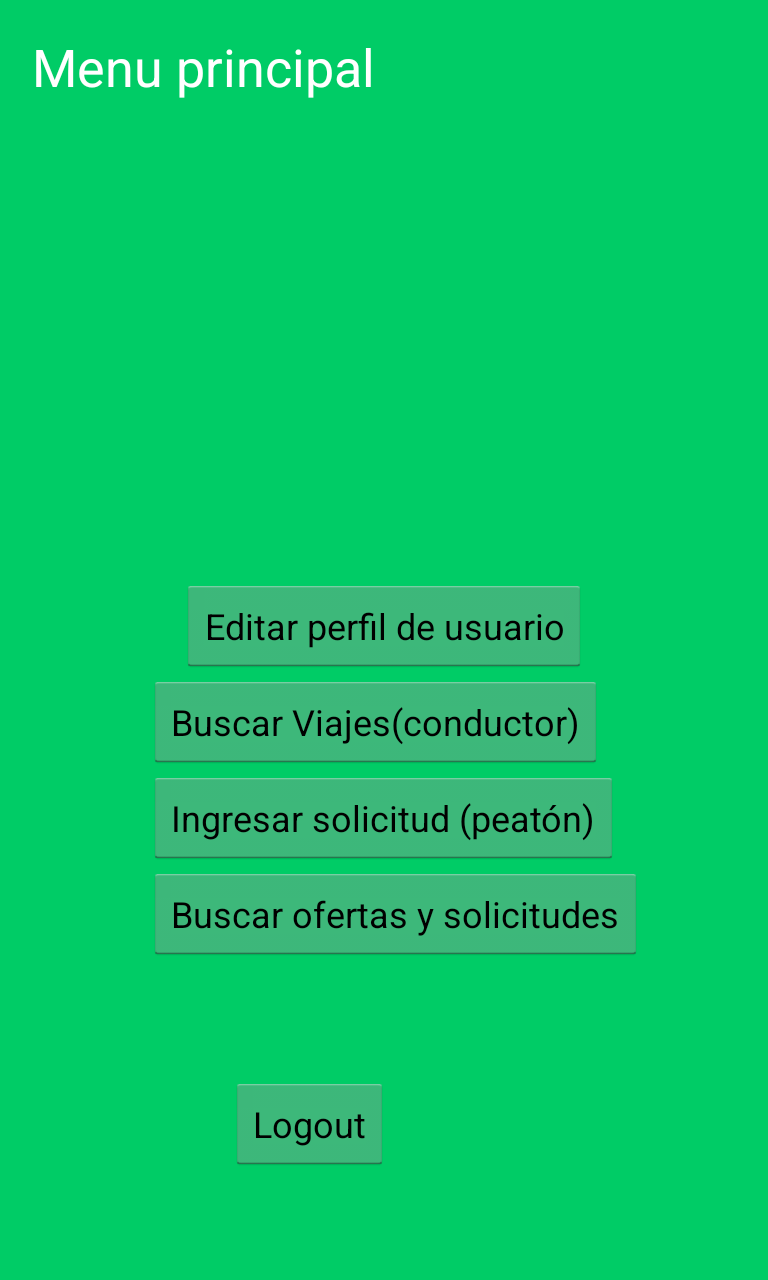
Repository: fmora/ProyectoMultimedios
Layout: MainActivity/MainActivity/res/layout/menu_principal.xml
These files come from the project's save history. The layout is drawn as it stood at one moment and after the next save; the edit follows.
It is drawn on a 768 x 1280 px phone screen (xhdpi) without system bars, with theme AppTheme; the app's code is not run.

Above is the layout before, as saved 2013-12-20 21:13:08.

### MainActivity/MainActivity/res/layout/menu_principal.xml
<?xml version="1.0" encoding="utf-8"?>
<RelativeLayout xmlns:android="http://schemas.android.com/apk/res/android"
    xmlns:tools="http://schemas.android.com/tools"
    android:layout_width="match_parent"
    android:layout_height="match_parent"
    android:background="#ff00cc66"
    android:paddingBottom="@dimen/activity_vertical_margin"
    android:paddingLeft="@dimen/activity_horizontal_margin"
    android:paddingRight="@dimen/activity_horizontal_margin"
    android:paddingTop="@dimen/activity_vertical_margin"
    tools:context=".MenuPrincipal" >

    <requestFocus />

		<TextView
			android:id="@+id/widget64"
			android:layout_width="179dp"
			android:layout_height="42dp"
			android:text="Menu principal"
			android:textColor="#ffffffff"
			android:textSize="26sp"
			 />

		<Button
		    android:id="@+id/widget69"
		    android:layout_width="wrap_content"
		    android:layout_height="wrap_content"
		    android:layout_alignParentBottom="true"
		    android:layout_alignRight="@+id/widget64"
		    android:layout_marginBottom="38dp"
		    android:text="Logout" />

		<Button
		    android:id="@+id/widget66"
		    android:layout_width="wrap_content"
		    android:layout_height="wrap_content"
		    android:layout_above="@+id/button2"
		    android:layout_centerHorizontal="true"
		    android:text="Ingresar solicitud (peatón)" />

		<Button
		    android:id="@+id/button2"
		    android:layout_width="wrap_content"
		    android:layout_height="wrap_content"
		    android:layout_above="@+id/widget69"
		    android:layout_alignLeft="@+id/widget66"
		    android:layout_marginBottom="57dp"
		    android:text="Buscar ofertas y solicitudes" />

		<Button
		    android:id="@+id/button1"
		    android:layout_width="wrap_content"
		    android:layout_height="wrap_content"
		    android:layout_above="@+id/widget66"
		    android:layout_alignLeft="@+id/widget66"
		    android:text="Buscar Viajes(conductor)" />

		<Button
		    android:id="@+id/widget68"
		    android:layout_width="wrap_content"
		    android:layout_height="wrap_content"
		    android:layout_above="@+id/button1"
		    android:layout_centerHorizontal="true"
		    android:text="Editar perfil de usuario" />

</RelativeLayout>

Loaded but not shown: MainActivity/MainActivity/res/values/styles.xml (common file); MainActivity/MainActivity/res/values-v11/styles.xml (common file); MainActivity/MainActivity/res/values-v14/styles.xml (common file); MainActivity/MainActivity/res/values/dimens.xml (common file)

After the next save:
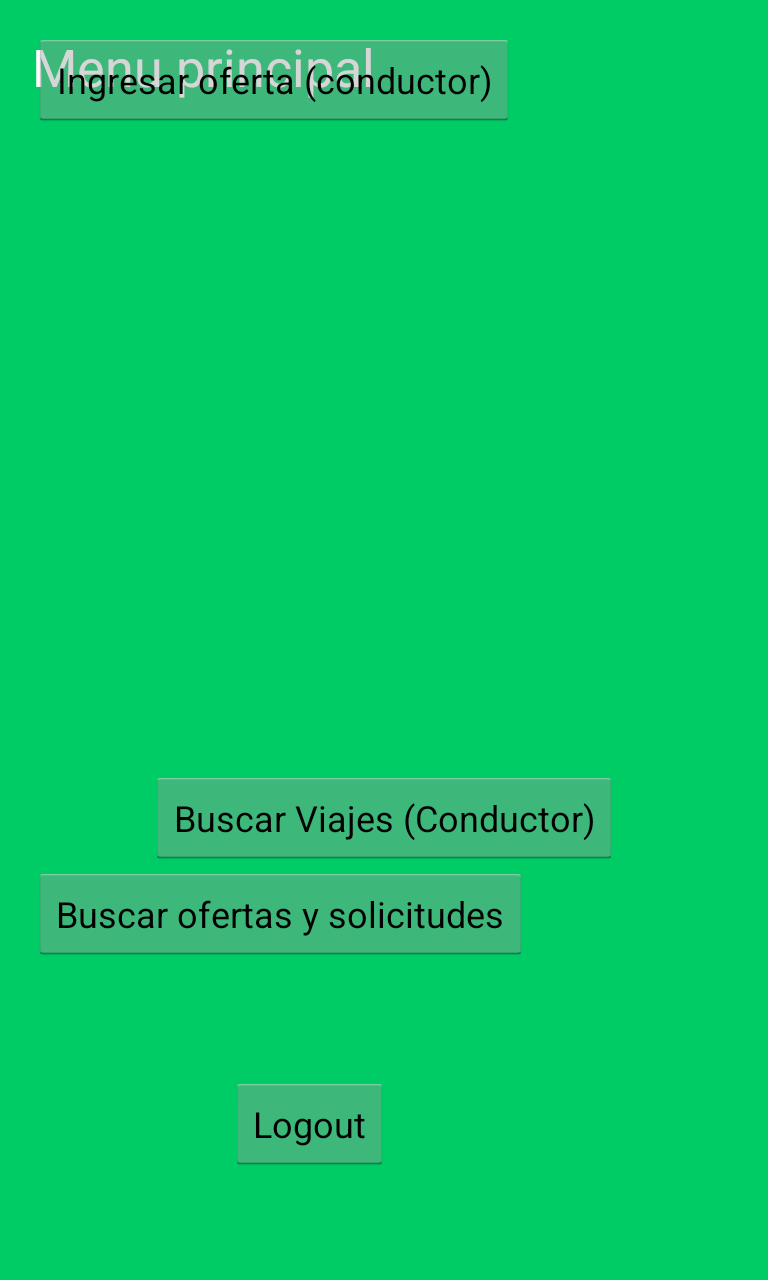
Saved 2 min 14 s later.
--- a/MainActivity/MainActivity/res/layout/menu_principal.xml
+++ b/MainActivity/MainActivity/res/layout/menu_principal.xml
@@ -31,12 +31,12 @@
 		    android:text="Logout" />
 
 		<Button
-		    android:id="@+id/widget66"
+		    android:id="@+id/buton3"
 		    android:layout_width="wrap_content"
 		    android:layout_height="wrap_content"
 		    android:layout_above="@+id/button2"
 		    android:layout_centerHorizontal="true"
-		    android:text="Ingresar solicitud (peatón)" />
+		    android:text="Buscar Viajes (Conductor)" />
 
 		<Button
 		    android:id="@+id/button2"
@@ -53,7 +53,7 @@
 		    android:layout_height="wrap_content"
 		    android:layout_above="@+id/widget66"
 		    android:layout_alignLeft="@+id/widget66"
-		    android:text="Buscar Viajes(conductor)" />
+		    android:text="Ingresar oferta (conductor)" />
 
 		<Button
 		    android:id="@+id/widget68"
